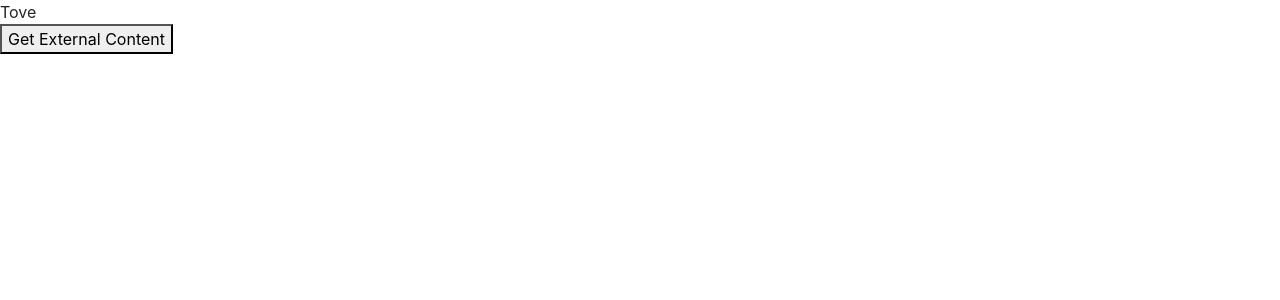
Repository: mindcafe/LiveDataDisplayFrontend
Page: LatestWorkspace/AlMark/WebContent/index2.html
An editor plug-in stored every save of this project. The page is shown before and after the next save, followed by the edit.
The browser window is 1280 px wide. The pictures show the whole page.
After loading, the first visible `button` was clicked once.

Above is the page before, as saved 2018-07-01 00:22:35.

After the next save:
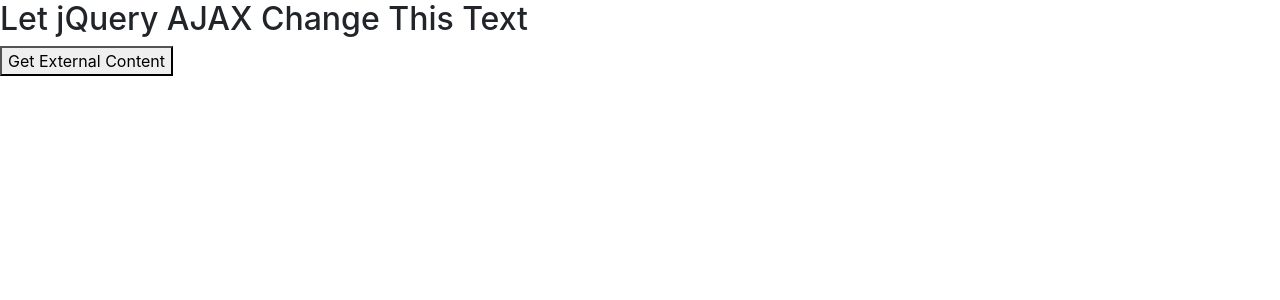
Console error: ReferenceError: s is not defined
Saved 3 min 6 s later.
--- a/LatestWorkspace/AlMark/WebContent/index2.html
+++ b/LatestWorkspace/AlMark/WebContent/index2.html
@@ -18,9 +18,12 @@
         	dataType: 'xml' */ success: function(result){
            	console.log(result);
 
-           	var s = $(result).find('note').find('to').text();
+           	var a = $(result).find('note').find('to').text();
+           	var b = $(result).find('note').find('body').text();
            	console.log(s);
-        	$("#div1").html(s);
+
+           	$('#div1').append(a);
+        	/* $("#div1").html(s); */
 
         }});
     });

After the save that followed:
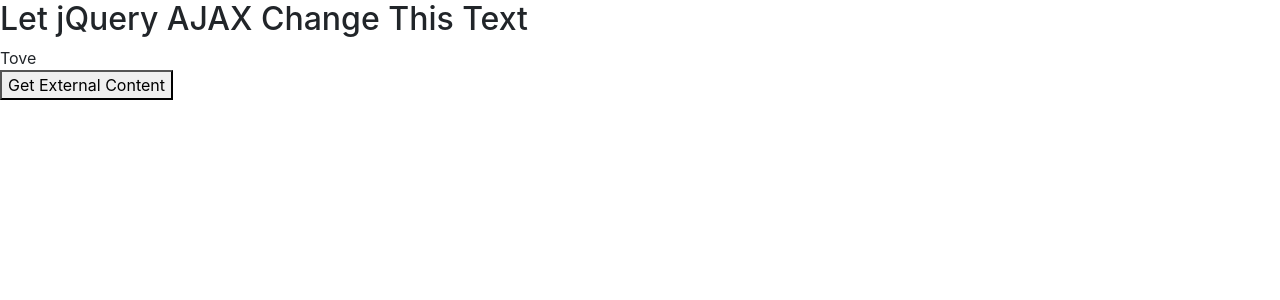
The error is gone.
Saved 41 s later.
--- a/LatestWorkspace/AlMark/WebContent/index2.html
+++ b/LatestWorkspace/AlMark/WebContent/index2.html
@@ -20,7 +20,7 @@
 
            	var a = $(result).find('note').find('to').text();
            	var b = $(result).find('note').find('body').text();
-           	console.log(s);
+           	/* console.log(s); */
 
            	$('#div1').append(a);
         	/* $("#div1").html(s); */
